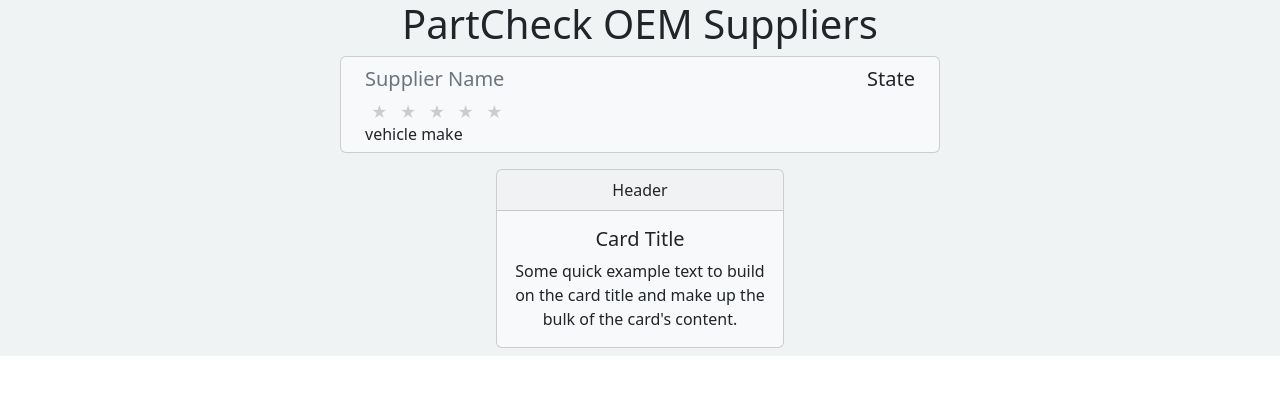
Repository: trungna4699/coding_challenge
Page: /
An editor plug-in stored every save of this project. The page is shown before and after the next save, followed by the edit.
The browser window is 1280 px wide. The pictures show the whole page.
The project was rebuilt for these pictures with package versions that can differ from the ones it lists, and the page was loaded fresh each time.

Above is the page before, as saved 2022-09-01 16:46:48.

### src/index.css
body {
  margin: 0;
  background-color: #F0F3F4;
  font-family: -apple-system, BlinkMacSystemFont, 'Segoe UI', 'Roboto', 'Oxygen',
    'Ubuntu', 'Cantarell', 'Fira Sans', 'Droid Sans', 'Helvetica Neue',
    sans-serif;
  -webkit-font-smoothing: antialiased;
  -moz-osx-font-smoothing: grayscale;
}

code {
  font-family: source-code-pro, Menlo, Monaco, Consolas, 'Courier New',
    monospace;
}

### src/App.js
import './App.css';
import 'bootstrap/dist/css/bootstrap.min.css';

import Card from 'react-bootstrap/Card';
import Col from 'react-bootstrap/Col';
import Row from 'react-bootstrap/Row';
import StarRating from './starRating';

function App() {
  return (
    <div className="App">
      <h1>PartCheck OEM Suppliers</h1>

      <div className='listContainer'>
        <Card
          bg={"light"}
          style={{ width: '600px' }}
          className="mb-3"
        >
          <div className="supplierItems">
            <div className='supplierInfo'>
              <h5 className='text-secondary ms-4'>Supplier Name</h5>
              <h5 className='me-4'>State</h5>
            </div>

            <div className="ms-4" id="ratingStar">
              <StarRating />
            </div>
            <div className="ms-4" id="vehicleList">
              <h6>vehicle make</h6>
            </div>
          </div>
        </Card>

        <Card
          bg={"light"}
          // key={variant}
          text={"dark"}
          style={{ width: '18rem' }}
          className="mb-2"
        >
          <Card.Header>Header</Card.Header>
          <Card.Body>
            <Card.Title>Card Title </Card.Title>
            <Card.Text>
              Some quick example text to build on the card title and make up the
              bulk of the card's content.
            </Card.Text>
          </Card.Body>
        </Card>

      </div>


    </div>
  );
}

export default App;

### src/App.css
.App {
  background-color: #F0F3F4;
  text-align: center;
}

button {
  background-color: transparent;
  border: none;
  outline: none;
  cursor: pointer;
}
.on {
  color: #000;
}
.off {
  color: #ccc;
}

.listContainer {
  display: flex;
  flex-direction: column;
  align-items: center;
}

.supplierInfo {
  display: flex;
  justify-content: space-between;
  margin-top: 10px;
}

#ratingStar {
  display: flex;
}

#vehicleList {
  display: flex;
}



/* Default Settings */
.App-logo {
  height: 40vmin;
  pointer-events: none;
}

@media (prefers-reduced-motion: no-preference) {
  .App-logo {
    animation: App-logo-spin infinite 20s linear;
  }
}

.App-header {
  background-color: #282c34;
  min-height: 100vh;
  display: flex;
  flex-direction: column;
  align-items: center;
  justify-content: center;
  font-size: calc(10px + 2vmin);
  color: white;
}

.App-link {
  color: #61dafb;
}

@keyframes App-logo-spin {
  from {
    transform: rotate(0deg);
  }
  to {
    transform: rotate(360deg);
  }
}

### src/starRating.js
import React, { useState } from "react";

const StarRating = () => {
  const [rating, setRating] = useState(0);
  const [hover, setHover] = useState(0);
  return (
    <div className="star-rating">
      {[...Array(5)].map((star, index) => {
        index += 1;
        return (
          <button
            type="button"
            key={index}
            className={index <= (hover || rating) ? "on" : "off"}
            onClick={() => setRating(index)}
            onMouseEnter={() => setHover(index)}
            onMouseLeave={() => setHover(rating)}
          >
            <span className="star">&#9733;</span>
          </button>
        );
      })}
    </div>
  );
};

export default StarRating;

Loaded but not shown: public/index.html (common file); src/index.js (common file); src/reportWebVitals.js (common file)

After the next save:
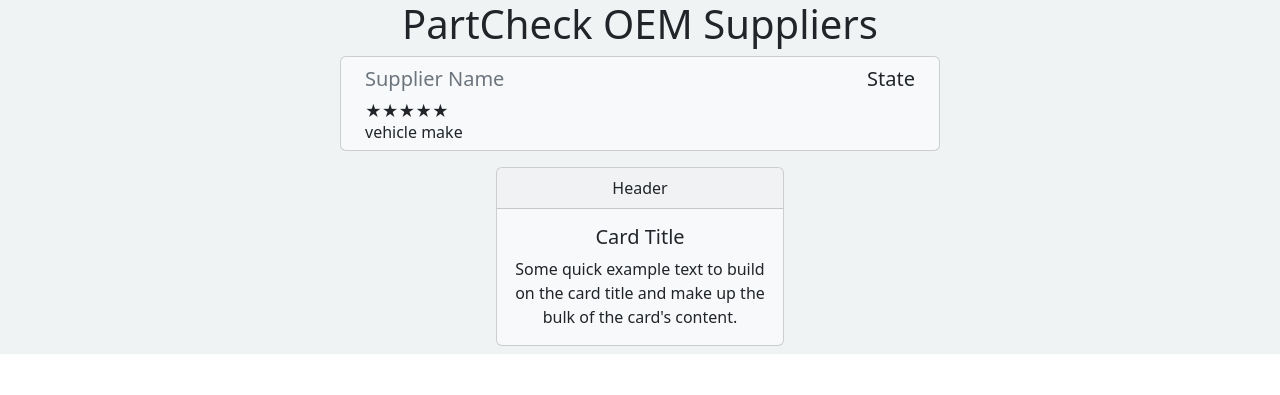
Saved 100 s later.
--- a/src/App.js
+++ b/src/App.js
@@ -24,7 +24,12 @@
             </div>
 
             <div className="ms-4" id="ratingStar">
-              <StarRating />
+              {/* <StarRating /> */}
+              {[...Array(5)].map((star) => {
+                return (
+                  <span className="star">&#9733;</span>
+                );
+              })}
             </div>
             <div className="ms-4" id="vehicleList">
               <h6>vehicle make</h6>

After the 3 saves that followed:
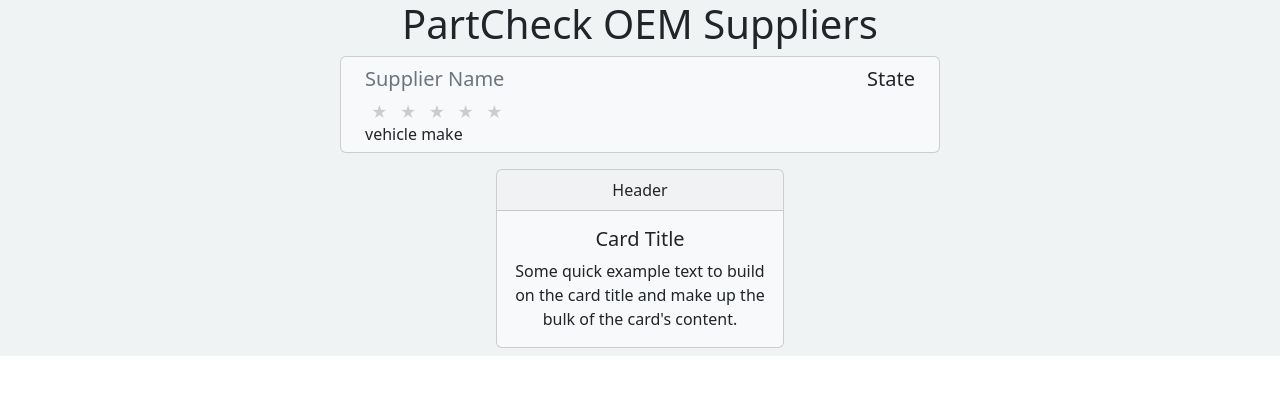
The 3 saves are shown as one change because 2 left the picture as it was.
The last was saved 2 min 10 s later.
--- a/src/App.js
+++ b/src/App.js
@@ -24,12 +24,12 @@
             </div>
 
             <div className="ms-4" id="ratingStar">
-              {/* <StarRating /> */}
-              {[...Array(5)].map((star) => {
+              <StarRating />
+              {/* {[...Array(5)].map((star) => {
                 return (
                   <span className="star">&#9733;</span>
                 );
-              })}
+              })} */}
             </div>
             <div className="ms-4" id="vehicleList">
               <h6>vehicle make</h6>
--- a/src/App.css
+++ b/src/App.css
@@ -3,6 +3,7 @@
   text-align: center;
 }
 
+/* Star */
 button {
   background-color: transparent;
   border: none;
@@ -10,11 +11,12 @@ button {
   cursor: pointer;
 }
 .on {
-  color: #000;
+  color: yellow;
 }
 .off {
   color: #ccc;
 }
+/*  */
 
 .listContainer {
   display: flex;
